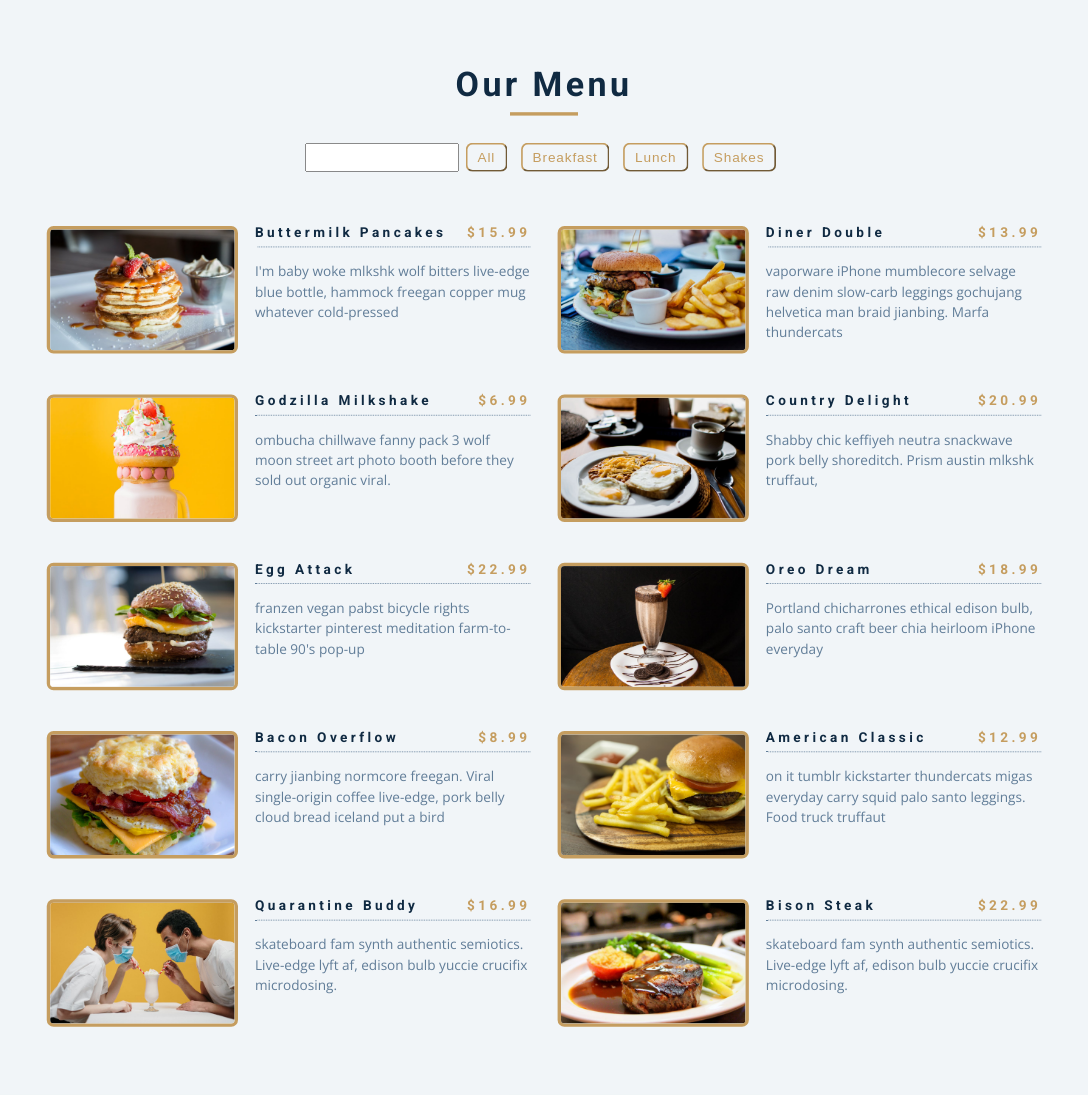
Repository: Hasmik-icml/menuFilter
Page: index.html
An editor plug-in stored every save of this project. The page is shown before and after the next save, followed by the edit.
The browser window is 1280 px wide. The pictures show the whole page, at 85% of full size.
Some web libraries are served in a nearby version.

Above is the page before, as saved 2022-02-15 13:04:51.

### index.html
<!DOCTYPE html>
<html lang="en">
  <head>
    <meta charset="UTF-8" />
    <meta name="viewport" content="width=device-width, initial-scale=1.0" />
    <title>Starter</title>
    <!-- font-awesome -->
    <link
      rel="stylesheet"
      href="https://cdnjs.cloudflare.com/ajax/libs/font-awesome/5.14.0/css/all.min.css"
    />
    <!-- styles -->
    <link rel="stylesheet" href="styles.css" />
  </head>
  <body>
    <section class="menu">
      <!-- title -->
      <div class="title">
        <h2>our menu</h2>
        <div class="underline"></div>
      </div>
      <!-- filter buttons -->
      <div class="btn-container">
        <!-- <button type="button" class="filter-btn" data-id="all">all</button>
          <button type="button" class="filter-btn" data-id="breakfast">
            breakfast
          </button>
          <button type="button" class="filter-btn" data-id="lunch">lunch</button>
          <button type="button" class="filter-btn" data-id="shakes">
            shakes
          </button> -->
          <input type="text" name="filter" data-id="filterByWord" id="filterInput">
      </div>
      <!-- menu items -->
      <div class="section-center">
        <!-- single item -->
        <article class="menu-item">
          <img src="./menu-item.jpeg" alt="menu item" class="photo" />
          <div class="item-info">
            <header>
              <h4>buttermilk pancakes</h4>
              <h4 class="price">$15</h4>
            </header>
            <p class="item-text">
              Lorem ipsum dolor sit amet consectetur adipisicing elit.
              Repudiandae, sint quam. Et reprehenderit fugiat nesciunt inventore
              laboriosam excepturi! Quo, officia.
            </p>
          </div>
        </article>
        <!-- end of single item -->
        <!-- single item -->
        <article class="menu-item">
          <img src="./menu-item.jpeg" alt="menu item" class="photo" />
          <div class="item-info">
            <header>
              <h4>buttermilk pancakes</h4>
              <h4 class="price">$15</h4>
            </header>
            <p class="item-text">
              Lorem ipsum dolor sit amet consectetur adipisicing elit.
              Repudiandae, sint quam. Et reprehenderit fugiat nesciunt inventore
              laboriosam excepturi! Quo, officia.
            </p>
          </div>
        </article>
        <!-- end of single item -->
        <!-- single item -->
        <article class="menu-item">
          <img src="./menu-item.jpeg" alt="menu item" class="photo" />
          <div class="item-info">
            <header>
              <h4>buttermilk pancakes</h4>
              <h4 class="price">$15</h4>
            </header>
            <p class="item-text">
              Lorem ipsum dolor sit amet consectetur adipisicing elit.
              Repudiandae, sint quam. Et reprehenderit fugiat nesciunt inventore
              laboriosam excepturi! Quo, officia.
            </p>
          </div>
        </article>
        <!-- end of single item -->
      </div>
    </section>
    <!-- javascript -->
    <script type="module" src="./app.js"></script>
  </body>
</html>

### styles.css
/*
===============
Fonts
===============
*/
@import url("https://fonts.googleapis.com/css?family=Open+Sans|Roboto:400,700&display=swap");

/*
===============
Variables
===============
*/

:root {
  /* dark shades of primary color*/
  --clr-primary-1: hsl(205, 86%, 17%);
  --clr-primary-2: hsl(205, 77%, 27%);
  --clr-primary-3: hsl(205, 72%, 37%);
  --clr-primary-4: hsl(205, 63%, 48%);
  /* primary/main color */
  --clr-primary-5: #49a6e9;
  /* lighter shades of primary color */
  --clr-primary-6: hsl(205, 89%, 70%);
  --clr-primary-7: hsl(205, 90%, 76%);
  --clr-primary-8: hsl(205, 86%, 81%);
  --clr-primary-9: hsl(205, 90%, 88%);
  --clr-primary-10: hsl(205, 100%, 96%);
  /* darkest grey - used for headings */
  --clr-grey-1: hsl(209, 61%, 16%);
  --clr-grey-2: hsl(211, 39%, 23%);
  --clr-grey-3: hsl(209, 34%, 30%);
  --clr-grey-4: hsl(209, 28%, 39%);
  /* grey used for paragraphs */
  --clr-grey-5: hsl(210, 22%, 49%);
  --clr-grey-6: hsl(209, 23%, 60%);
  --clr-grey-7: hsl(211, 27%, 70%);
  --clr-grey-8: hsl(210, 31%, 80%);
  --clr-grey-9: hsl(212, 33%, 89%);
  --clr-grey-10: hsl(210, 36%, 96%);
  --clr-white: #fff;
  --clr-red-dark: hsl(360, 67%, 44%);
  --clr-red-light: hsl(360, 71%, 66%);
  --clr-green-dark: hsl(125, 67%, 44%);
  --clr-green-light: hsl(125, 71%, 66%);
  --clr-gold: #c59d5f;
  --clr-black: #222;
  --ff-primary: "Roboto", sans-serif;
  --ff-secondary: "Open Sans", sans-serif;
  --transition: all 0.3s linear;
  --spacing: 0.25rem;
  --radius: 0.5rem;
  --light-shadow: 0 5px 15px rgba(0, 0, 0, 0.1);
  --dark-shadow: 0 5px 15px rgba(0, 0, 0, 0.2);
  --max-width: 1170px;
  --fixed-width: 620px;
}
/*
===============
Global Styles
===============
*/

*,
::after,
::before {
  margin: 0;
  padding: 0;
  box-sizing: border-box;
}
body {
  font-family: var(--ff-secondary);
  background: var(--clr-grey-10);
  color: var(--clr-grey-1);
  line-height: 1.5;
  font-size: 0.875rem;
}
ul {
  list-style-type: none;
}
a {
  text-decoration: none;
}
img:not(.logo) {
  width: 100%;
}
img {
  display: block;
}

h1,
h2,
h3,
h4 {
  letter-spacing: var(--spacing);
  text-transform: capitalize;
  line-height: 1.25;
  margin-bottom: 0.75rem;
  font-family: var(--ff-primary);
}
h1 {
  font-size: 3rem;
}
h2 {
  font-size: 2rem;
}
h3 {
  font-size: 1.25rem;
}
h4 {
  font-size: 0.875rem;
}
p {
  margin-bottom: 1.25rem;
  color: var(--clr-grey-5);
}
@media screen and (min-width: 800px) {
  h1 {
    font-size: 4rem;
  }
  h2 {
    font-size: 2.5rem;
  }
  h3 {
    font-size: 1.75rem;
  }
  h4 {
    font-size: 1rem;
  }
  body {
    font-size: 1rem;
  }
  h1,
  h2,
  h3,
  h4 {
    line-height: 1;
  }
}
/*  global classes */

.btn {
  text-transform: uppercase;
  background: transparent;
  color: var(--clr-black);
  padding: 0.375rem 0.75rem;
  letter-spacing: var(--spacing);
  display: inline-block;
  transition: var(--transition);
  font-size: 0.875rem;
  border: 2px solid var(--clr-black);
  cursor: pointer;
  box-shadow: 0 1px 3px rgba(0, 0, 0, 0.2);
  border-radius: var(--radius);
}
.btn:hover {
  color: var(--clr-white);
  background: var(--clr-black);
}
/* section */
.section {
  padding: 5rem 0;
}

main {
  min-height: 100vh;
  display: grid;
  place-items: center;
}
/*
===============
Menu
===============
*/

.menu {
  padding: 5rem 0;
}
.title {
  text-align: center;
  margin-bottom: 2rem;
}
.underline {
  width: 5rem;
  height: 0.25rem;
  background: var(--clr-gold);
  margin-left: auto;
  margin-right: auto;
}
.btn-container {
  margin-bottom: 4rem;
  display: flex;
  justify-content: center;
}
.filter-btn {
  background: transparent;
  border-color: var(--clr-gold);
  font-size: 1rem;
  text-transform: capitalize;
  margin: 0 0.5rem;
  letter-spacing: 1px;
  border-radius: var(--radius);
  padding: 0.375rem 0.75rem;
  color: var(--clr-gold);
  cursor: pointer;
  transition: var(--transition);
}
.filter-btn:hover {
  background: var(--clr-gold);
  color: var(--clr-white);
}
.section-center {
  width: 90vw;
  margin: 0 auto;
  max-width: 1170px;
  display: grid;
  gap: 3rem 2rem;
  justify-items: center;
}
.menu-item {
  display: grid;
  gap: 1rem 2rem;
  max-width: 25rem;
}
.photo {
  object-fit: cover;
  height: 200px;
  border: 0.25rem solid var(--clr-gold);
  border-radius: var(--radius);
}
.item-info header {
  display: flex;
  justify-content: space-between;
  border-bottom: 0.5px dotted var(--clr-grey-5);
}
.item-info h4 {
  margin-bottom: 0.5rem;
}
.price {
  color: var(--clr-gold);
}
.item-text {
  margin-bottom: 0;
  padding-top: 1rem;
}

@media screen and (min-width: 768px) {
  .menu-item {
    grid-template-columns: 225px 1fr;
    gap: 0 1.25rem;
    max-width: 40rem;
  }
  .photo {
    height: 175px;
  }
}
@media screen and (min-width: 1200px) {
  .section-center {
    width: 95vw;
    grid-template-columns: 1fr 1fr;
  }
  .photo {
    height: 150px;
  }
}

### app.js
import {
  menu
} from "./data.js";

// get parent element
const sectionCenter = document.querySelector(".section-center");
const btnContainer = document.querySelector(".btn-container");



// display all items when page loads
window.addEventListener("DOMContentLoaded", function () {
  displayMenuItems(menu);
  displayMenuButtons();
});


function displayMenuItems(menuItems) {
  let displayMenu = menuItems.map(function (item) {
    // console.log(item);

    return `<article class="menu-item">
            <img src=${item.img} alt=${item.title} class="photo" />
            <div class="item-info">
              <header>
                <h4>${item.title}</h4>
                <h4 class="price">$${item.price}</h4>
              </header>
              <p class="item-text">
                ${item.desc}
              </p>
            </div>
          </article>`;
  });
  displayMenu = displayMenu.join("");
  // console.log(displayMenu);

  sectionCenter.innerHTML = displayMenu;
}

function displayMenuButtons() {
  btnContainer.innerHTML +=
    `<button type="button" class="filter-btn" data-id="all">all</button>
  <button type="button" class="filter-btn" data-id="breakfast">
    breakfast
  </button>
  <button type="button" class="filter-btn" data-id="lunch">lunch</button>
  <button type="button" class="filter-btn" data-id="shakes">
    shakes
  </button>`
  const btn = document.querySelectorAll(".filter-btn");
  btn.forEach(item => {
    item.addEventListener("click", function () {
      let filterItem = item.getAttribute("data-id");
      if (filterItem !== "all") {
        let filteredMenu = menu.filter(filterByName => {
          return filterByName.category === filterItem;
        })
        displayMenuItems(filteredMenu);
      } else {
        displayMenuItems(menu);
      }
    })
  })

}

### data.js
export const menu = [
  {
    id: 1,
    title: "buttermilk pancakes",
    category: "breakfast",
    price: 15.99,
    img: "./images/item-1.jpeg",
    desc: `I'm baby woke mlkshk wolf bitters live-edge blue bottle, hammock freegan copper mug whatever cold-pressed `,
  },
  {
    id: 2,
    title: "diner double",
    category: "lunch",
    price: 13.99,
    img: "./images/item-2.jpeg",
    desc: `vaporware iPhone mumblecore selvage raw denim slow-carb leggings gochujang helvetica man braid jianbing. Marfa thundercats `,
  },
  {
    id: 3,
    title: "godzilla milkshake",
    category: "shakes",
    price: 6.99,
    img: "./images/item-3.jpeg",
    desc: `ombucha chillwave fanny pack 3 wolf moon street art photo booth before they sold out organic viral.`,
  },
  {
    id: 4,
    title: "country delight",
    category: "breakfast",
    price: 20.99,
    img: "./images/item-4.jpeg",
    desc: `Shabby chic keffiyeh neutra snackwave pork belly shoreditch. Prism austin mlkshk truffaut, `,
  },
  {
    id: 5,
    title: "egg attack",
    category: "lunch",
    price: 22.99,
    img: "./images/item-5.jpeg",
    desc: `franzen vegan pabst bicycle rights kickstarter pinterest meditation farm-to-table 90's pop-up `,
  },
  {
    id: 6,
    title: "oreo dream",
    category: "shakes",
    price: 18.99,
    img: "./images/item-6.jpeg",
    desc: `Portland chicharrones ethical edison bulb, palo santo craft beer chia heirloom iPhone everyday`,
  },
  {
    id: 7,
    title: "bacon overflow",
    category: "breakfast",
    price: 8.99,
    img: "./images/item-7.jpeg",
    desc: `carry jianbing normcore freegan. Viral single-origin coffee live-edge, pork belly cloud bread iceland put a bird `,
  },
  {
    id: 8,
    title: "american classic",
    category: "lunch",
    price: 12.99,
    img: "./images/item-8.jpeg",
    desc: `on it tumblr kickstarter thundercats migas everyday carry squid palo santo leggings. Food truck truffaut  `,
  },
  {
    id: 9,
    title: "quarantine buddy",
    category: "shakes",
    price: 16.99,
    img: "./images/item-9.jpeg",
    desc: `skateboard fam synth authentic semiotics. Live-edge lyft af, edison bulb yuccie crucifix microdosing.`,
  },
  {
    id: 10,
    title: "bison steak",
    category: "dinner",
    price: 22.99,
    img: "./images/item-10.jpeg",
    desc: `skateboard fam synth authentic semiotics. Live-edge lyft af, edison bulb yuccie crucifix microdosing.`,
  },
];

After the next save:
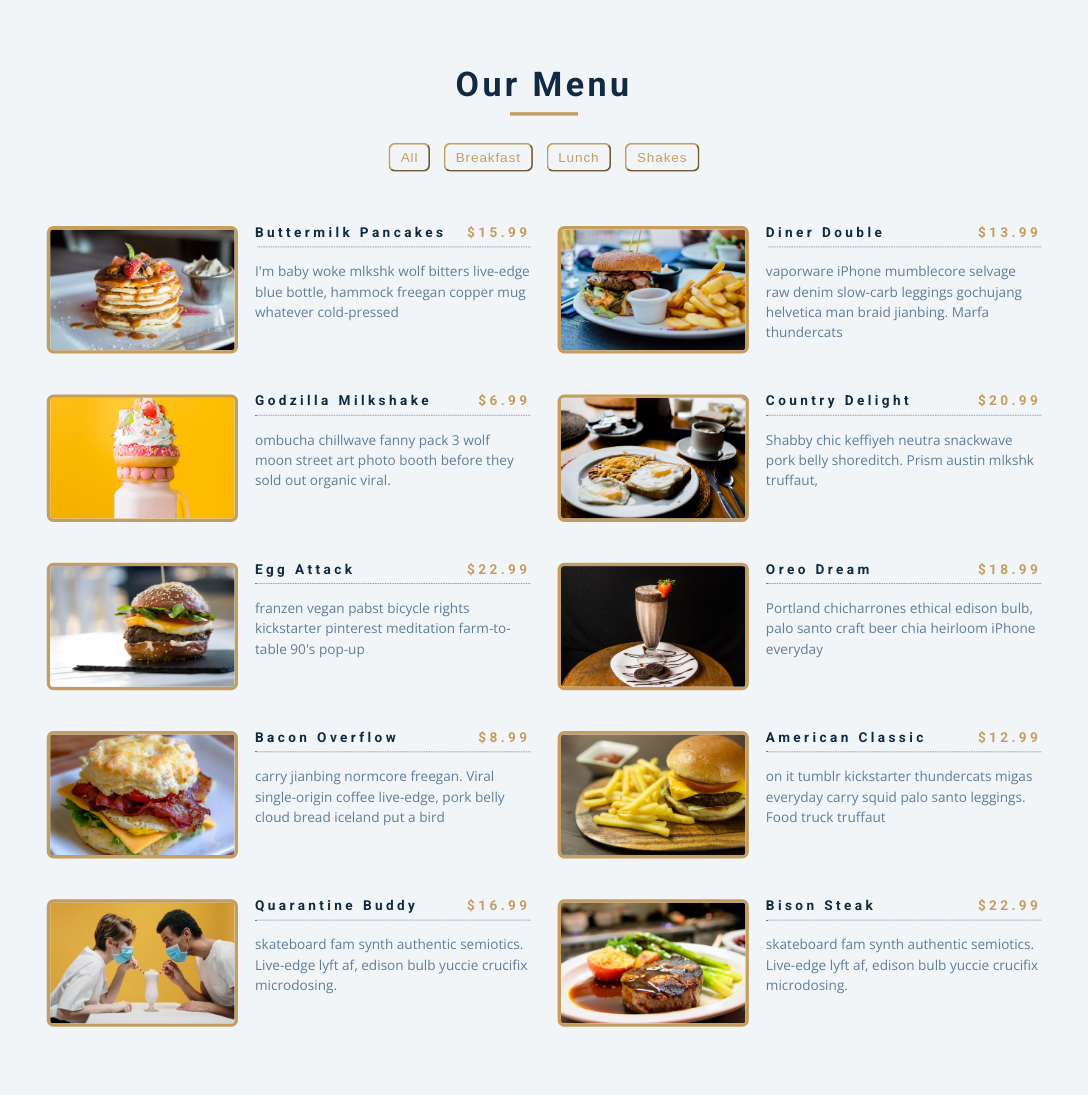
Saved 8 s later.
--- a/index.html
+++ b/index.html
@@ -29,7 +29,6 @@
           <button type="button" class="filter-btn" data-id="shakes">
             shakes
           </button> -->
-          <input type="text" name="filter" data-id="filterByWord" id="filterInput">
       </div>
       <!-- menu items -->
       <div class="section-center">
